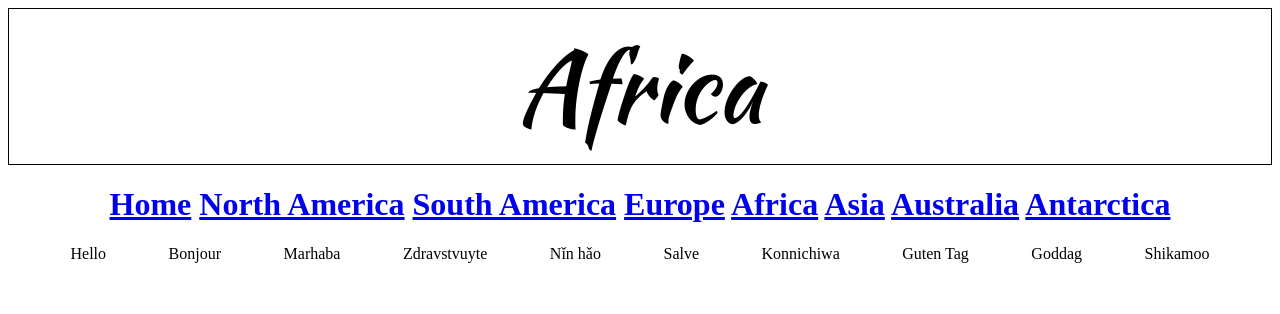
Repository: alharama/StaticWebsite
Page: af_page.html
The author's editor kept a copy of each file at every save. The page is drawn from the files as they stood at one save, then again after the next save.
The browser window is 1280 px wide. The pictures show the whole page.

Above is the page before, as saved 2021-09-20 21:18:23.

After the next save:
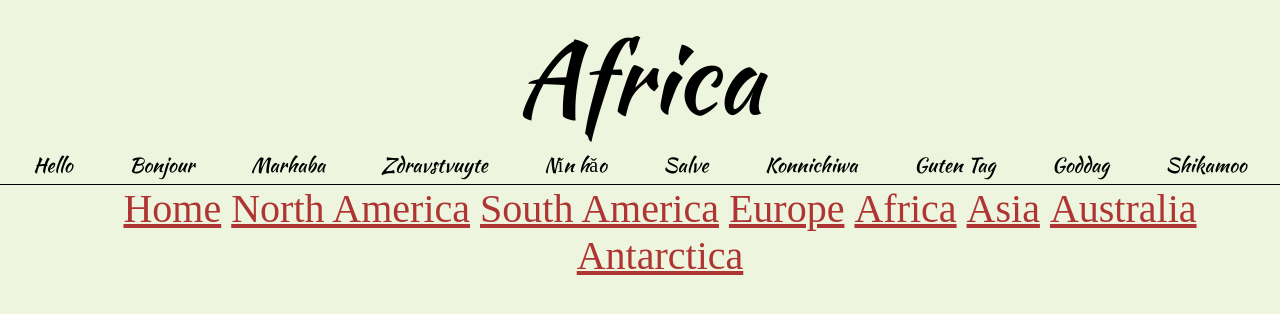
Saved 11 s later.
--- a/af_page.html
+++ b/af_page.html
@@ -2,7 +2,7 @@
 <html>
 <head>
 
-    <title> Africa </title>
+    <title> Africa</title>
 
     <style>
 
@@ -13,32 +13,49 @@
             padding: 5px;
             font-family: 'Kaushan Script', cursive;
             font-size: 100px;
-            border: 1px solid;
+            border-bottom: 1px solid;
 
         }
 
-        nav:visited{
-            text-decoration: none;
+        body{
+            background: rgb(238, 245, 222);
+            margin: 0px;
         }
 
-        body {
-            display: flex;
-            flex-direction: column;
+        .top_nav {
+            width: 100%;
+            font-size: 40px;
+            text-align: center;
+            color: red;
 
         }
-        h1 {
 
-            text-align: center;
+        .top_nav ul {
+            margin: 0px;
+            color: blue;
+        }
 
+        .top_nav li {
+            display: inline-block;
 
         }
+
+        .top_nav a {
+            text-decoration:underline;
+            color: rgb(175, 52, 52);
+
+        }
+
+        .top_nav a:hover {
+            background-color: lightgray;
+        }
+
 
         #languages{
 
             display: flex;
-            justify-content: space-evenly;
-
-
+            font-size: 20px;
+            justify-content:space-around;
         }
 
 
@@ -48,22 +65,7 @@
 
     <header>
         Africa
-    </header>
 
-    <h1>
-        <nav>
-            <a href="/index.html">Home</a>
-            <a href="/na_page.html">North America</a>
-            <a href="/sa_page.html">South America</a>
-            <a href="/eu_page.html">Europe</a>
-            <a href="/af_page.html">Africa</a>
-            <a href="/as_page.html">Asia</a>
-            <a href="/au_page.html">Australia</a>
-            <a href="/ant_page.html">Antarctica</a>
-        </nav>
-    </h1>
-
-    <body>
 
         <div id="languages">
             <span>Hello</span>
@@ -77,6 +79,27 @@
             <span>Goddag</span>
             <span>Shikamoo</span>
         </div>
+    </header>
+
+    <body>
+
+        <nav class="top_nav">
+            <ul id="top_nav">
+                <li><a href="/index.html">Home</a></li>
+                <li><a href="/na_page.html">North America</a></li>
+                <li><a href="/sa_page.html">South America</a></li>
+                <li><a href="/eu_page.html">Europe</a></li>
+                <li><a href="/af_page.html">Africa</a></li>
+                <li><a href="/as_page.html">Asia</a></li>
+                <li><a href="/au_page.html">Australia</a></li>
+                <li><a href="/ant_page.html">Antarctica</a></li>
+            </ul>
+        </nav>
+
+
+
+
+
 
 
 
